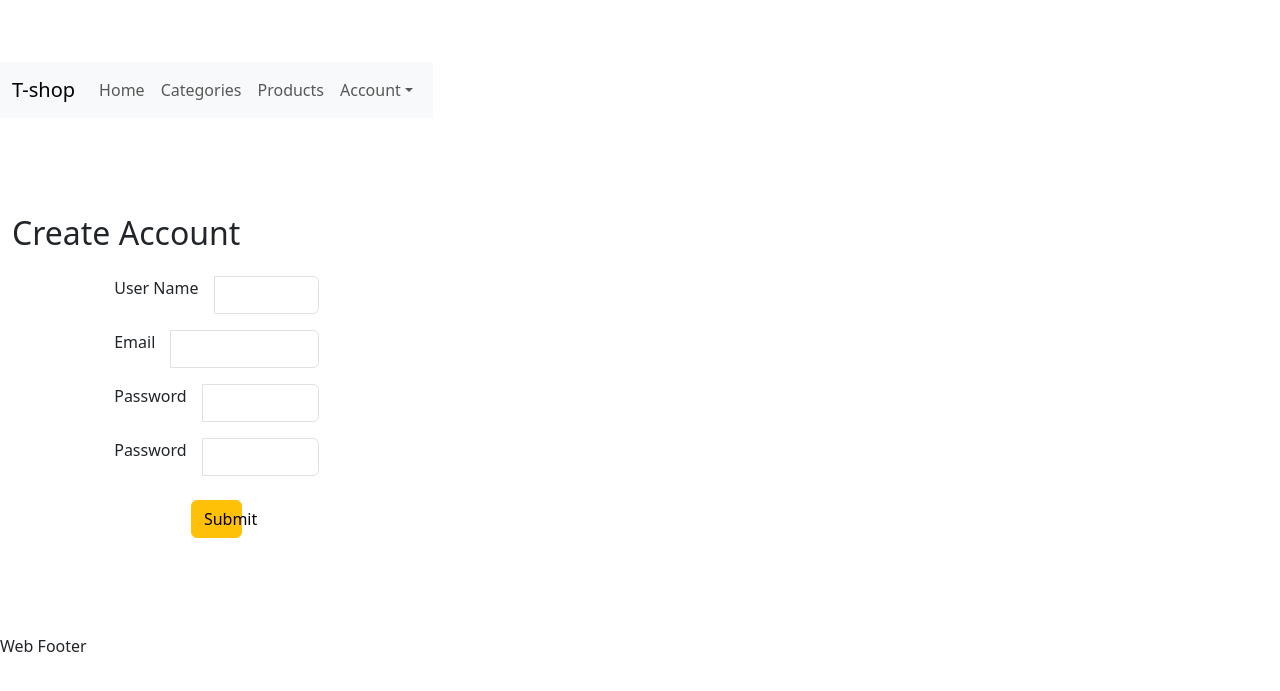
Repository: HadelAbdellatif/ecommerce1
Page: /register
An editor plug-in stored every save of this project. The page is shown before and after a run of saves, followed by the edit.
The browser window is 1280 px wide. The pictures show the whole page.
The project was rebuilt for these pictures with package versions that can differ from the ones it lists, and the page was loaded fresh each time. Also part of the build but not shown: vite.config.js, src/components/web/home/Home.jsx, src/components/web/categories/Categories.jsx, src/components/dashboard/navbar/Navbar.jsx, src/components/dashboard/footer/Footer.jsx, src/layouts/DashboardLayout.jsx, src/components/dashboard/home/Home.jsx, src/components/dashboard/categories/Categories.jsx.

Above is the page before, as saved 2023-11-25 16:17:03.

### src/main.jsx
import React from 'react'
import ReactDOM from 'react-dom/client'

import '../node_modules/bootstrap/dist/css/bootstrap.min.css'
import '../node_modules/bootstrap/dist/js/bootstrap.bundle.min.js'

import { ToastContainer } from 'react-toastify';
import 'react-toastify/dist/ReactToastify.css';

import App from './App.jsx'
import './index.css'

ReactDOM.createRoot(document.getElementById("root")).render(
  <App />
);

### src/App.jsx
import React from 'react'
import {router} from './layouts/Routes.jsx'
import axios from 'axios'
import { ToastContainer } from 'react-toastify';
import {createBrowserRouter, RouterProvider, } from "react-router-dom";



export default function App() {
  return (
    <RouterProvider router={router} />
  )
}

### src/layouts/Routes.jsx

import {createBrowserRouter, RouterProvider, } from "react-router-dom";

import Layout from "./Layout.jsx";
import Home from "./../components/web/home/Home.jsx";
import Categories from "./../components/web/categories/Categories.jsx";
import Register from "../components/web/register/Register.jsx";

import DashboardLayout from "../layouts/DashboardLayout.jsx";
import DashboardHome from "../components/dashboard/home/Home.jsx";
import DashboardCategories from "../components/dashboard/categories/Categories.jsx";


export const router = createBrowserRouter([
    {
      path: "/",
      element: <Layout />,
      children:[
        {
          path:'home',
          element: <Home />
        },
        {
          path:'categories',
          element: <Categories />
        },
        {
          path:'register',
          element: <Register />
        },
        {
          path:'*',
          element: <h2 className='fst-italic'>page not found --- web</h2>
        }
      ]
    },
    {
      path:"/dashboard",
      element: <DashboardLayout />,
      children:[
        {
          path:'home',
          element: <DashboardHome />
        },
        {
          path:'categories',
          element: <DashboardCategories />
        },
        {
          path:'*',
          element: <h2 className='fst-italic'>page not found --- dashboard</h2>
        }
      ]
    }

  ]);

### src/layouts/Layout.jsx
import React from 'react'
import Navbar from '../components/web/navbar/Navbar'
import Footer from '../components/web/footer/Footer'
import { Outlet } from 'react-router-dom'

export default function Layout() {
    return (
        <>
            <Navbar />
            <Outlet />
            <Footer />
        </>
    )
}

### src/components/web/register/Register.jsx
import React from 'react'
import Input from '../../shared/Input';
import { useFormik } from 'formik';
import { registerSchema } from '../Validate';

export default function Register() {

    const onSubmit = values => {
        console.log(values);
    }

    const initialValues = {
        userName: '',
        email: '',
        password: '',
    }

    const formik = useFormik({  //like backend
        initialValues
        ,
        onSubmit
        ,
        validationSchema: registerSchema
        /*  validate: values => {
              let errors = {};
              if (!values.userName) {
                  errors.userName = "user name is required";
              }
              if (!values.email) {
                  errors.email = "email is required";
              }
              if (!values.password) {
                  errors.password = "password is required";
              }

              return errors;
          }
          */
    });


    const inputs = [
        {
            id: 'username',
            type: 'text',
            name: 'userName',  //like backend
            title: 'User Name',
            value: formik.values.userName,  //like backend
        },
        {
            id: 'email',
            type: 'email',
            name: 'email', //like backend
            title: 'Email',
            value: formik.values.email, //like backend

        },
        {
            id: 'password',
            type: 'password',
            name: 'password', //like backend
            title: 'Password',
            value: formik.values.password, //like backend
        },
        {
            id: 'password',
            type: 'password',
            name: 'password', //like backend
            title: 'Password',
            value: formik.values.password, //like backend
        },
    ];


    const renderInputs = inputs.map((input, index) =>
        <Input
            type={input.type}
            id={input.id}
            name={input.name}
            title={input.title}
            value={input.value}
            onChange={formik.handleChange}
            errors={formik.errors}
            onBlur={formik.handleBlur}
            touched={formik.touched}
            key={index} />
    )


    return (
        <>
            <div className="container my-5 py-5">
                <h2>Create Account</h2>
                <div className='d-flex justify-content-center'>
                    <form onSubmit={formik.handleSubmit} className='w-50'>

                        {renderInputs}

                        <button type='submit' disabled={!formik.isValid} className='btn btn-warning w-25 mt-4 d-block mx-auto'>Submit</button>

                    </form>
                </div>
            </div>

        </>
    )
}

### src/components/web/navbar/Navbar.jsx
import React from 'react'
import { Link } from 'react-router-dom'

export default function Navbar() {
  return (
    <>
      <nav className="navbar navbar-expand-lg bg-body-tertiary">
        <div className="container">
          <a className="navbar-brand" href="#">T-shop</a>
          <button className="navbar-toggler" type="button" data-bs-toggle="collapse" data-bs-target="#navbarSupportedContent" aria-controls="navbarSupportedContent" aria-expanded="false" aria-label="Toggle navigation">
            <span className="navbar-toggler-icon" />
          </button>
          <div className="collapse navbar-collapse" id="navbarSupportedContent">
            <ul className="navbar-nav m-auto mb-2 mb-lg-0">

              <li className="nav-item">
                <a className="nav-link" href="#">Home</a>
              </li>


              <li className="nav-item">
                <a className="nav-link" href="#">Categories</a>
              </li>


              <li className="nav-item">
                <a className="nav-link" href="#">Products</a>
              </li>


            </ul>
            <ul className="navbar-nav">
              <li className="nav-item dropdown">
                <a className="nav-link dropdown-toggle" href="#" role="button" data-bs-toggle="dropdown" aria-expanded="false">
                  Account
                </a>
                <ul className="dropdown-menu ">
                  <li><Link  to={"/register"} className="dropdown-item" href="#">register</Link></li>
                  <li><hr className="dropdown-divider" /></li>
                  <li><a className="dropdown-item" href="#">login</a></li>
                </ul>
              </li>
            </ul>

          </div>
        </div>
      </nav>

    </>
  )
}

### src/components/web/footer/Footer.jsx
import React from 'react'

export default function Footer() {
  return (
    <div>Web Footer</div>
  )
}

### src/components/shared/Input.jsx
import React from 'react'

export default function Input({ id, title, type = 'text', name, value, onChange, errors, onBlur, touched }) {
    return (
        <>
            <div className="input-group my-3">
                <label htmlFor={id} className='me-3'>{title}</label>
                <input type={type} name={name} className="form-control" id={id} value={value} onChange={onChange} onBlur={onBlur}/>
                {touched[name] && errors[name] && <p className='text text-danger mx-3'>{errors[name]}</p>}
            </div>
        </>
    )
}

### src/components/web/Validate.js
import * as yup from 'yup';

export const registerSchema = yup.object({
    userName: yup.string().required("username is required").min(3, "must be at least 3 char").max(30, "max is 30 char"),
    email: yup.string().required("email is required").email(),
    password: yup.string().required("password is required").min(3, "must be at least 3 char").max(30, "max is 30 char"),

})

Loaded but not shown: index.html (common file); src/index.css (common file)

After the next 4 saves:
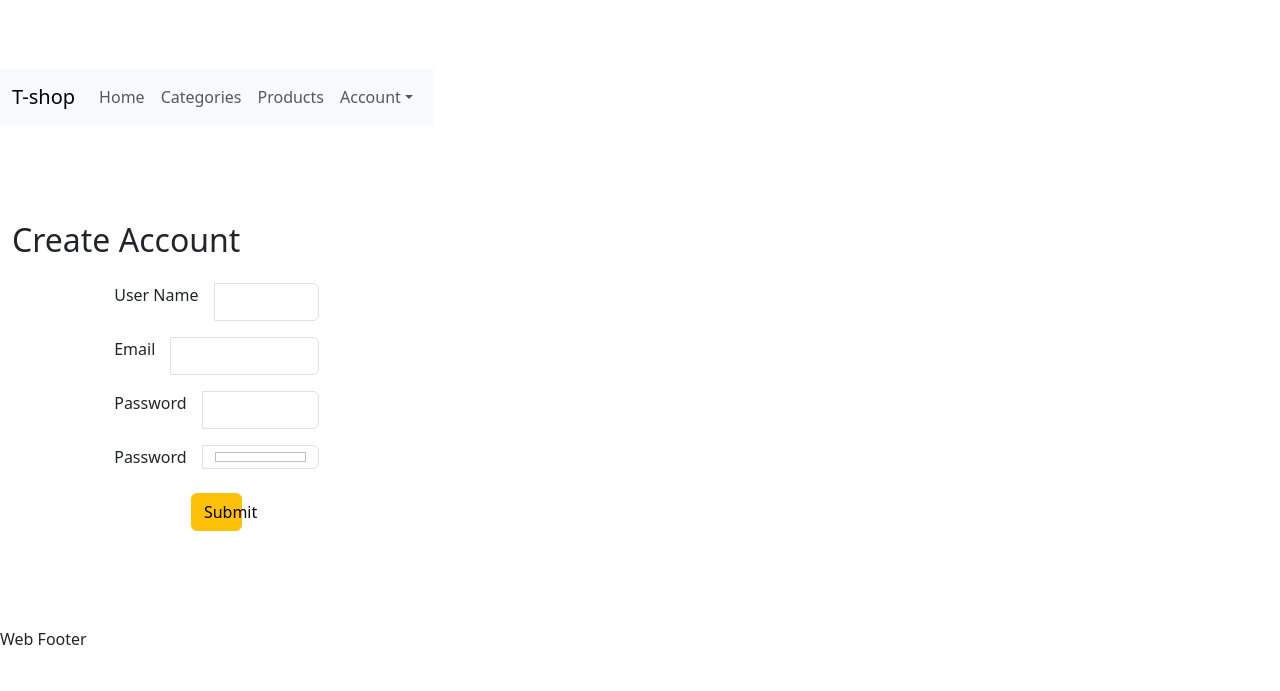
The 4 saves are shown as one change because they came seconds apart.
The last was saved 12 s later.
--- a/src/components/web/register/Register.jsx
+++ b/src/components/web/register/Register.jsx
@@ -63,9 +63,9 @@ export default function Register() {
             value: formik.values.password, //like backend
         },
         {
-            id: 'password',
-            type: 'password',
-            name: 'password', //like backend
+            id: 'image',
+            type: 'image',
+            name: 'image', //like backend
             title: 'Password',
             value: formik.values.password, //like backend
         },
